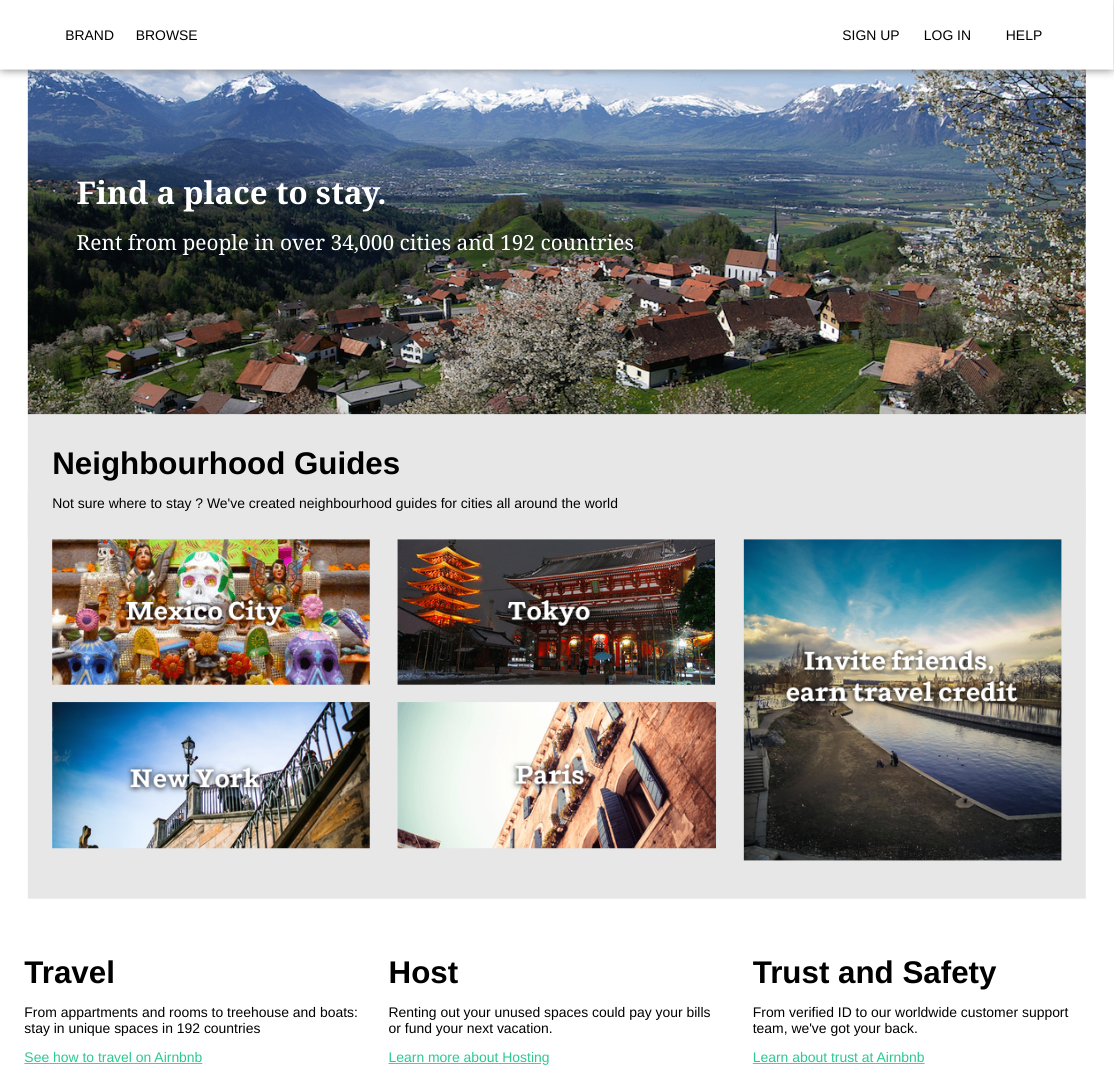
Repository: Naohonproject/web101x02-asm3
Page: Project3.html
The author's editor kept a copy of each file at every save. The page is drawn from the files as they stood at one save, then again after the next save.
The browser window is 1280 px wide. The pictures show the whole page, at 87% of full size.

Above is the page before, as saved 2022-01-22 16:25:40.

After the next save:
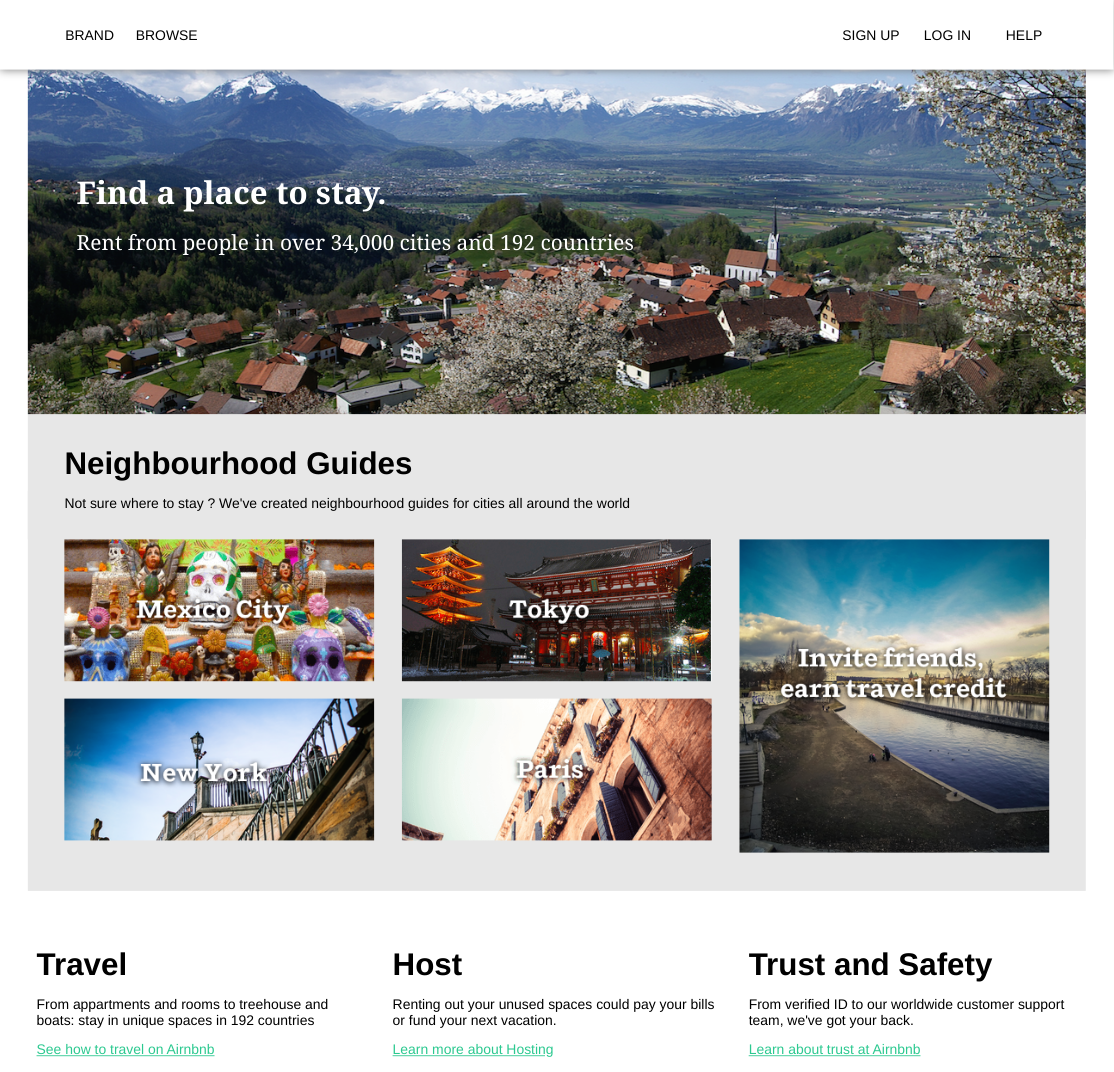
Saved 14 s later.
--- a/assets/css/responsive.css
+++ b/assets/css/responsive.css
@@ -218,5 +218,5 @@
 	}
 
 	#section,#img-list,#footer {
-		padding : 0 28px;
-	}
+		padding : 0 42px;
+	}
